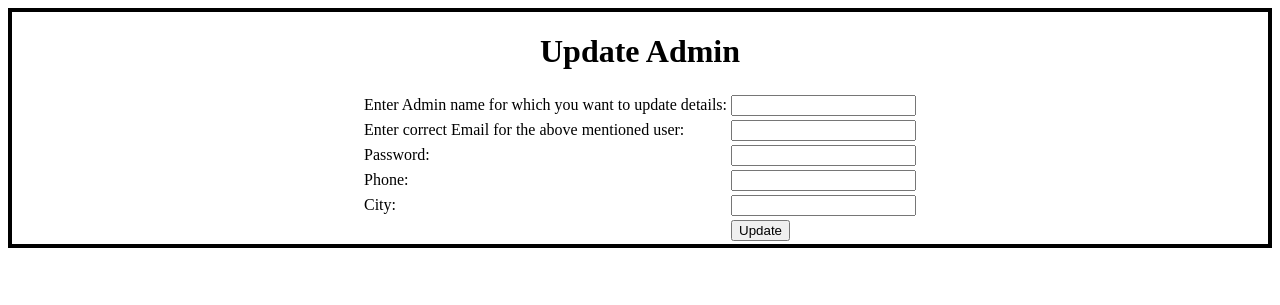
Repository: priyankagit8692/Phase_2_SimpliLearn-
Page: http://localhost/LearnerAcademyProject/AdminUpdate.jsp
The author's editor kept a copy of each file at every save. The page is drawn from the files as they stood at one save, then again after the next save.
The browser window is 1280 px wide. The pictures show the whole page.
The page is served by Tomcat 9. Other server files are loaded and not shown.

Above is the page before, as saved 2021-03-19 19:39:48.

### FinalProjectPhase2/LearnerAcademyProject/WebContent/AdminUpdate.jsp
<%@ page language="java" contentType="text/html; charset=ISO-8859-1"
    pageEncoding="ISO-8859-1"%>
<!DOCTYPE html>
<html>
<head>
<meta charset="ISO-8859-1">
<title>Admin Update</title>
</head>
<body>
<div align="center" style="border: solid 4px black;">
    <h1>Update Admin</h1>
    <form method="post" action="adminUpdate">
        <table>
             <tr>
                <td>Enter Admin name for which you want to update details:</td>
                <td><input type="text" name="adminName"></td>
            </tr>
            <tr>
                <td>Enter correct Email for the above mentioned user:</td>
                <td><input type="email" name="adminEmail"></td>
            </tr>
            <tr>
                <td>Password:</td>
                <td><input type="password" name="adminPassword"></td>
            </tr>
            <tr>
                <td>Phone:</td>
                <td><input type="text" name="adminPhone"></td>
            </tr>
            <tr>
                <td>City:</td>
                <td><input type="text" name="adminCity"></td>
            </tr>
            <tr>
                <td></td>
                <td>
                    <button type="submit">Update</button>
                </td>
            </tr>
        </table>
        <c:if test="${not empty msg}">
            <c:out value="${msg}"/>
        </c:if>

    </form>
</div>


</body>
</html>

After the next save:
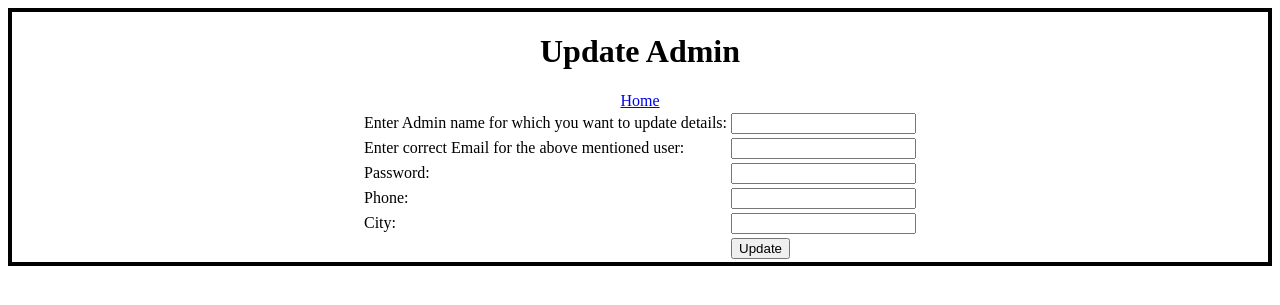
Saved 2 min 9 s later.
--- a/FinalProjectPhase2/LearnerAcademyProject/WebContent/AdminUpdate.jsp
+++ b/FinalProjectPhase2/LearnerAcademyProject/WebContent/AdminUpdate.jsp
@@ -9,6 +9,7 @@
 <body>
 <div align="center" style="border: solid 4px black;">
     <h1>Update Admin</h1>
+    <a href="MainHomePage.jsp">Home</a>
     <form method="post" action="adminUpdate">
         <table>
              <tr>
